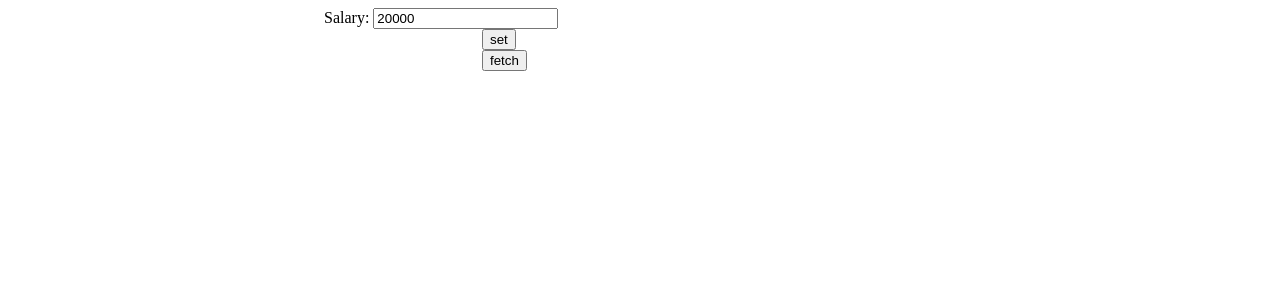
Repository: rameshraj97/Core-java
Page: firstWebsite/src/main/webapp/GlobalState.html
An editor plug-in stored every save of this project. The page is shown before and after the next save, followed by the edit.
The browser window is 1280 px wide. The pictures show the whole page.

Above is the page before, as saved 2022-05-25 09:27:40.

### firstWebsite/src/main/webapp/GlobalState.html
<!DOCTYPE html>
<html> <head>
<meta charset="ISO-8859-1">
<title>Global State</title>
</head>
<body>
<form action="/firstwebsite/GlobalState" method="post"> <div style="width: 50%; margin: 0 auto">
<div>
<label for='salary'>Salary: </label>
<input type=text name='salary' id='salary' value="20000"/>
</div>
<div style="width: 50%; margin: 0 auto">
<input type="hidden" value="50000" name="bonus" id="bonus"/><!-- hidden value will be in the browser but not visible -->
</div>
<div style="width: 50%; margin: 0 auto"> <input type="submit" value="set" name="submit">
</div>
<div style="width: 50%; margin: 0 auto">
<input type="submit" value="fetch" name="submit"> <!-- input element is used to stored data in the client side and is visible in the browser -->
</div>
</div>
</form>
</body>
</html>

After the next save:
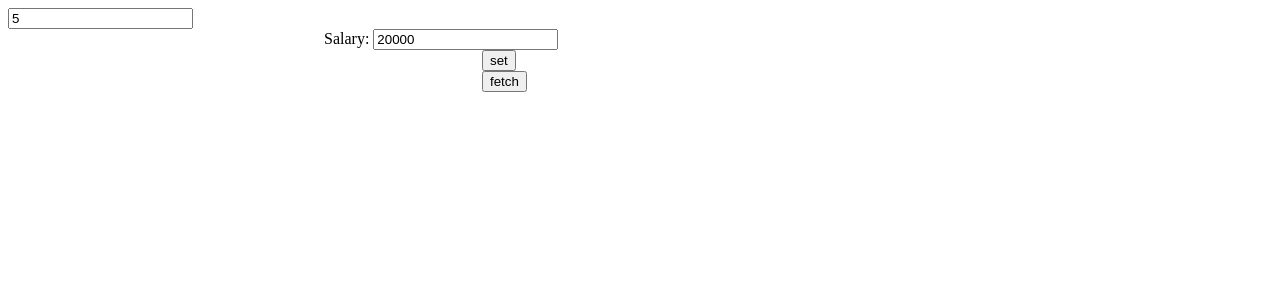
Saved 21 min 18 s later.
--- a/firstWebsite/src/main/webapp/GlobalState.html
+++ b/firstWebsite/src/main/webapp/GlobalState.html
@@ -1,23 +1,34 @@
 <!DOCTYPE html>
-<html> <head>
+<html>
+<head>
 <meta charset="ISO-8859-1">
 <title>Global State</title>
 </head>
 <body>
-<form action="/firstwebsite/GlobalState" method="post"> <div style="width: 50%; margin: 0 auto">
-<div>
-<label for='salary'>Salary: </label>
-<input type=text name='salary' id='salary' value="20000"/>
-</div>
-<div style="width: 50%; margin: 0 auto">
-<input type="hidden" value="50000" name="bonus" id="bonus"/><!-- hidden value will be in the browser but not visible -->
-</div>
-<div style="width: 50%; margin: 0 auto"> <input type="submit" value="set" name="submit">
-</div>
-<div style="width: 50%; margin: 0 auto">
-<input type="submit" value="fetch" name="submit"> <!-- input element is used to stored data in the client side and is visible in the browser -->
-</div>
-</div>
-</form>
+    <input type=text name='commission' id='commission' value="5" />
+    <!--
+                This elements and its value is visible in the browser, but
+                will not be transfer to the server because it is not part of (child element of) the <form> element -->
+    <form action="GlobalState?department=id&city=madurai" method="post">
+        <!--  ?department=id&city=madurai is example for query String -->
+        <div style="width: 50%; margin: 0 auto">
+            <div>
+                <label for='salary'>Salary: </label> <input type=text name='salary'
+                    id='salary' value="20000" />
+                <!--  salary and submit are example for values in the browser -->
+            </div>
+            <div style="width: 50%; margin: 0 auto">
+                <input type="hidden" value="50000" name="bonus" id="bonus" />
+                <!-- hidden value will be in the browser but not visible -->
+            </div>
+            <div style="width: 50%; margin: 0 auto">
+                <input type="submit" value="set" name="submit">
+            </div>
+            <div style="width: 50%; margin: 0 auto">
+                <input type="submit" value="fetch" name="submit">
+                <!-- input element is used to stored data in the client side and is visible in the browser -->
+            </div>
+        </div>
+    </form>
 </body>
 </html>
